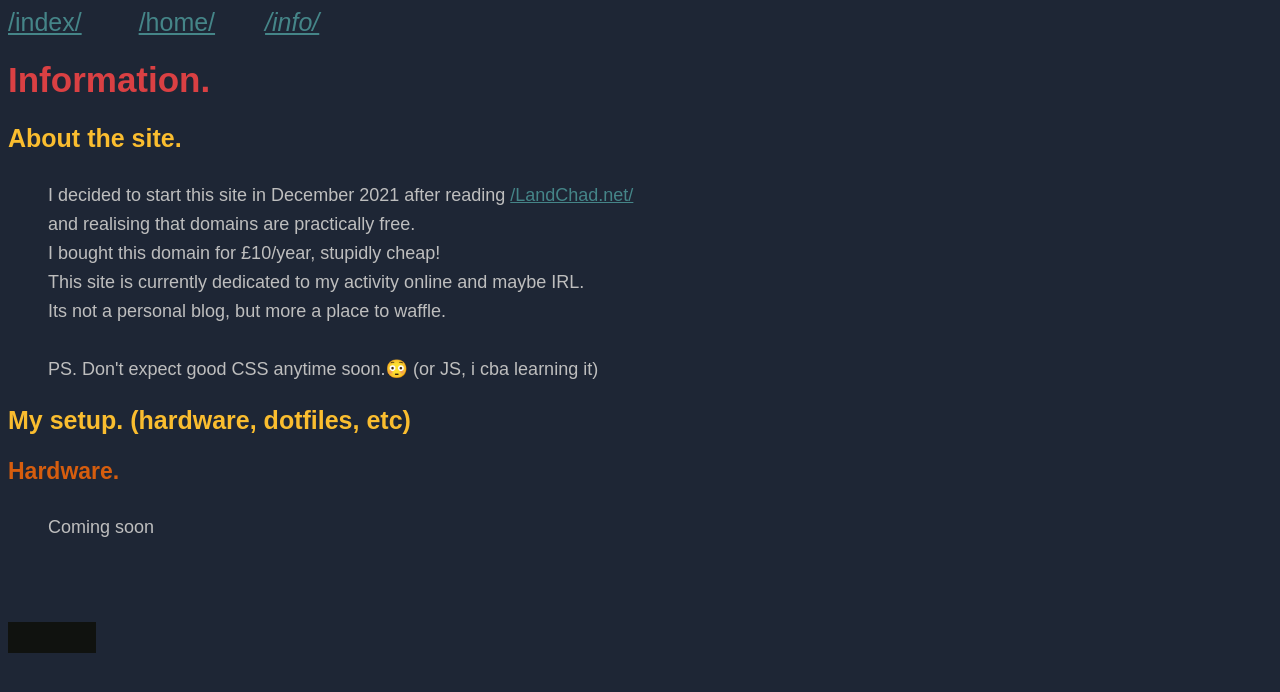
Repository: KieranCrossland/kierancrosslandxyz
Page: info.html
An editor plug-in stored every save of this project. The page is shown before and after the next save, followed by the edit.
The browser window is 1280 px wide. The pictures show the whole page.

Above is the page before, as saved 2022-06-19 01:50:32.

After the next save:
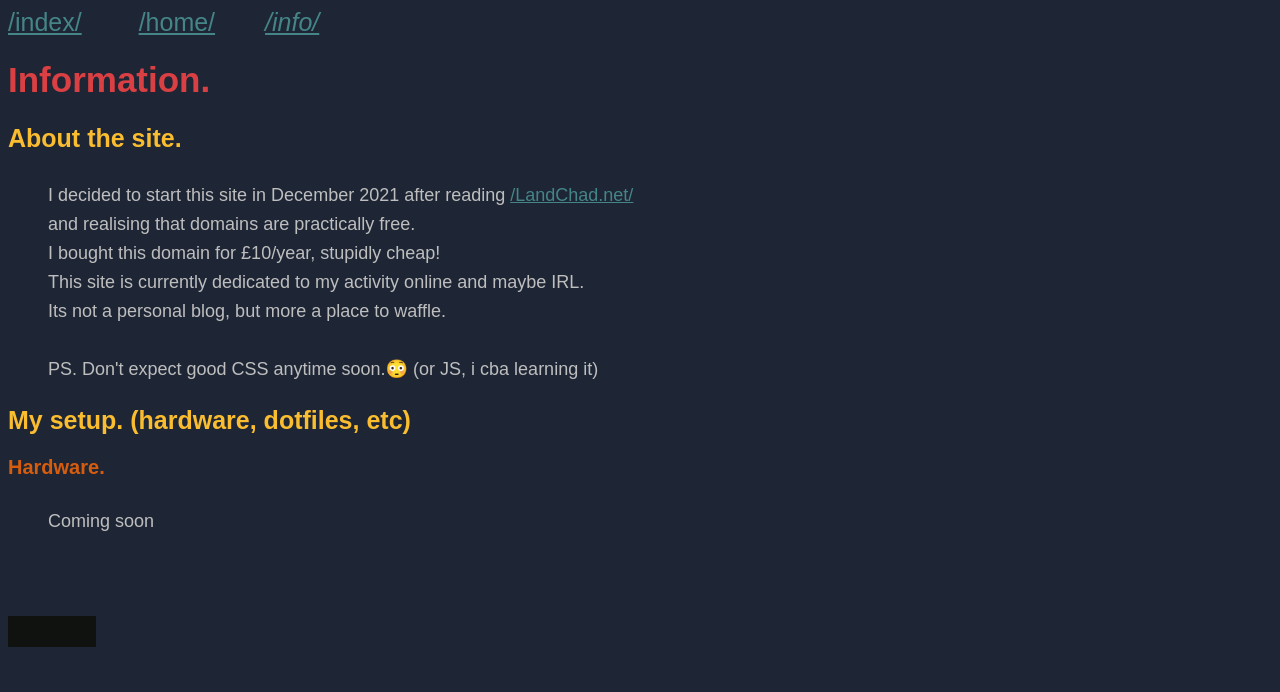
Saved 5 s later.
--- a/info.html
+++ b/info.html
@@ -51,7 +51,7 @@
     font-size: 25px;
 }
 h3 {
-    font-size: 23px;
+    font-size: 20px;
 }
     h1 {
     color: #DA4043;

After the save that followed:
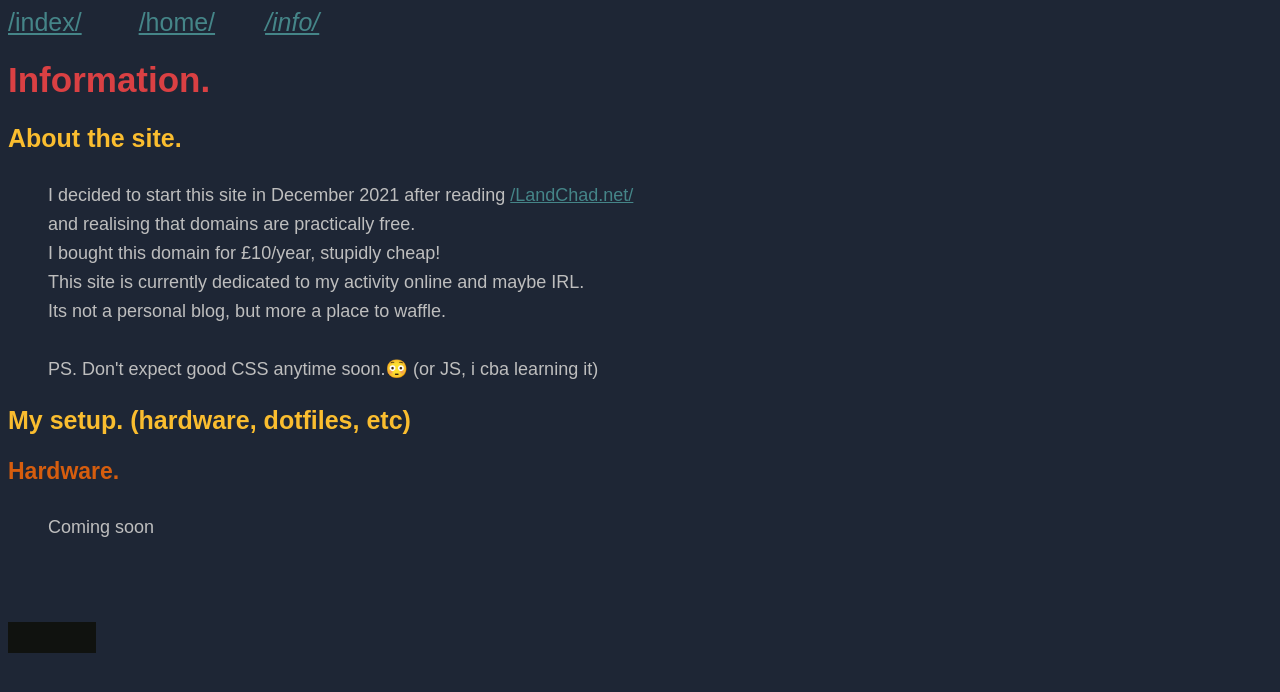
Saved 5 s later.
--- a/info.html
+++ b/info.html
@@ -51,7 +51,7 @@
     font-size: 25px;
 }
 h3 {
-    font-size: 20px;
+    font-size: 23px;
 }
     h1 {
     color: #DA4043;
